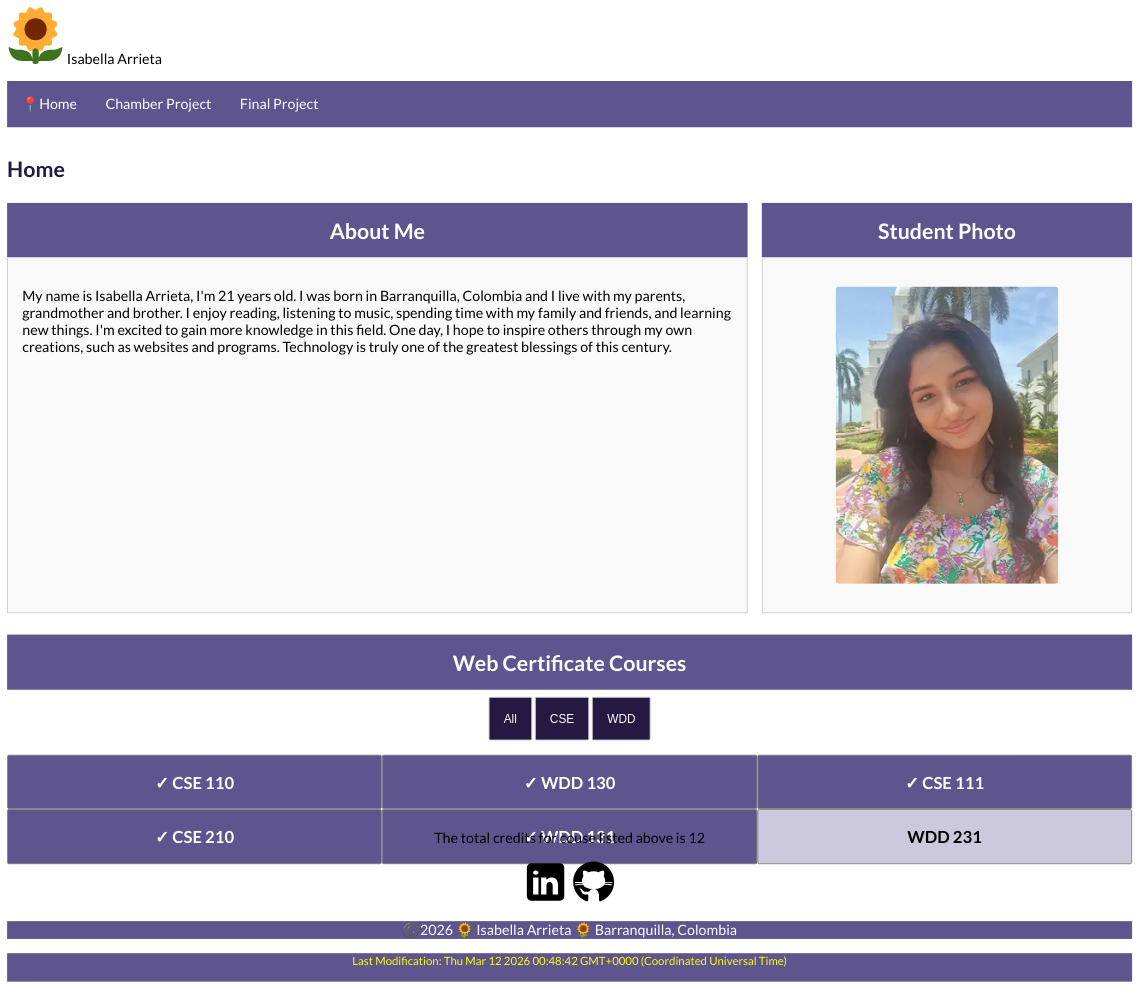
Repository: isaAJ05/wdd231
Page: index.html
The author's editor kept a copy of each file at every save. The page is drawn from the files as they stood at one save, then again after the next save.
The browser window is 1280 px wide. The pictures show the whole page, at 89% of full size.
Some web fonts or font styles are not loaded; a fallback is used.

Above is the page before, as saved 2026-06-30 00:28:07.

After the next save:
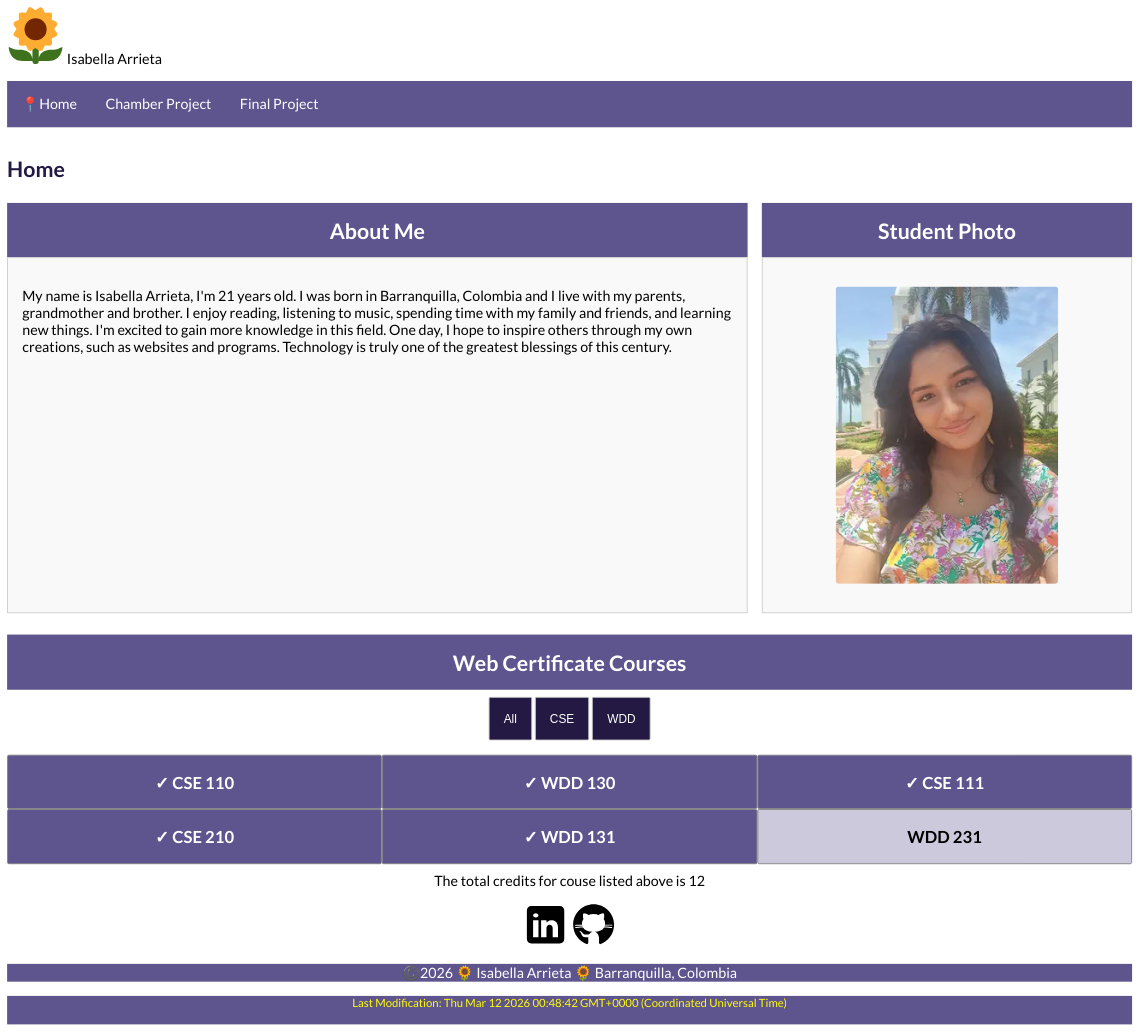
Saved 8 s later.
--- a/index.html
+++ b/index.html
@@ -62,9 +62,9 @@
                 <button id="wdd">WDD</button>
             </div>
             <div id="courses"></div>
-
+            <div class="text">
             <p>The total credits for couse listed above is <span id="totalCredits"></span></p>
-
+</div>
 
         </section>
     </main>
